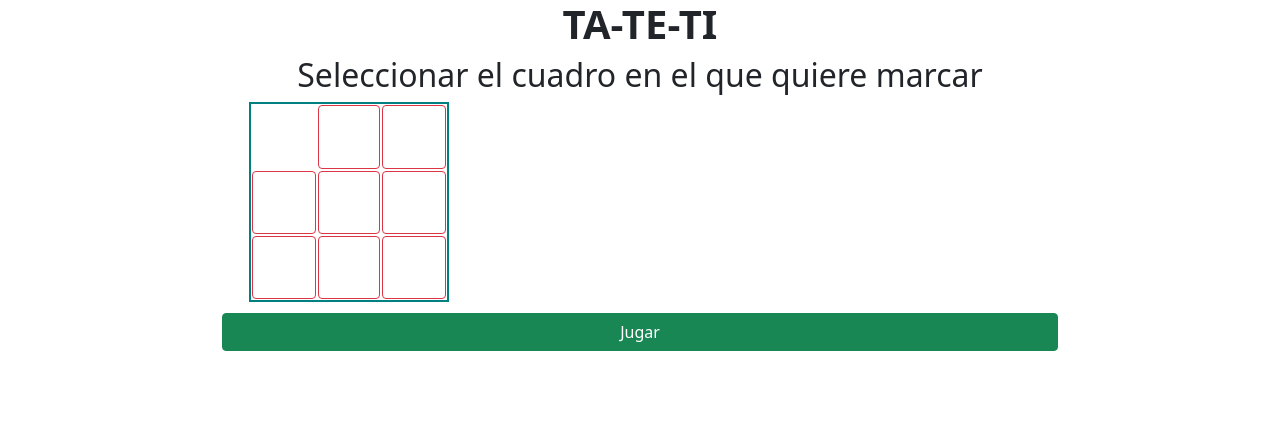
Repository: Lean97-start/TATETI
Page: Tateti.html
The author's editor kept a copy of each file at every save. The page is drawn from the files as they stood at one save, then again after a run of saves.
The browser window is 1280 px wide. The pictures show the whole page.

Above is the page before, as saved 2021-07-11 23:03:21.
Console error: SyntaxError: Unexpected token ')'

### Tateti.html
<!DOCTYPE html>
<html lang="en">
<head>
    <meta charset="UTF-8">
    <link rel="stylesheet" type="text/css" href="Tateti.css">
    <link rel="stylesheet" href="Tateti.js">
    <link rel="stylesheet" type="text/css" href="https://necolas.github.io/normalize.css/8.0.1/normalize.css">
    <title>TATETI</title>
    <link href="https://cdn.jsdelivr.net/npm/bootstrap@5.0.2/dist/css/bootstrap.min.css" rel="stylesheet" integrity="sha384-EVSTQN3/azprG1Anm3QDgpJLIm9Nao0Yz1ztcQTwFspd3yD65VohhpuuCOmLASjC" crossorigin="anonymous">
</head>
<body>
    <div class="container">
        <H1 class="fw-bold">TA-TE-TI</H1>
        <H2 class="fw-normal">Seleccionar el cuadro en el que quiere marcar</H2>

            <div class="row w-50 h-50 bg-white">
                <table class="cuadro" id="cuadro">
                    <tr>
                        <td><button class="btn btn-link w-100 h-100" id="11"></button></td>
                        <td><button class="btn btn-outline-danger w-100 h-100" id="21"></button></td>
                        <td><button class="btn btn-outline-danger w-100 h-100" id="31"></button></td>
                    </tr>
                    <tr>
                        <td><button class="btn btn-outline-danger w-100 h-100" id="12"></button></td>
                        <td><button class="btn btn-outline-danger w-100 h-100" id="22"></button></td>
                        <td><button class="btn btn-outline-danger w-100 h-100" id="32"></button></td>
                    </tr>
                    <tr>
                        <td><button class="btn btn-outline-danger w-100 h-100" id="13"></button></td>
                        <td><button class="btn btn-outline-danger w-100 h-100" id="23"></button></td>
                        <td><button class="btn btn-outline-danger w-100 h-100" id="33"></button></td>
                    </tr>
                </table>
            </div>
            <div class="row">
                <div class="btn ">
                    <button type="button" class="btn btn-success my-1 w-75" id="btn-jugar">Jugar</button>
                </div>
            </div>

        </div>
    <script src="Tateti.js"></script>
    <script src="https://cdn.jsdelivr.net/npm/bootstrap@5.0.2/dist/js/bootstrap.bundle.min.js" integrity="sha384-MrcW6ZMFYlzcLA8Nl+NtUVF0sA7MsXsP1UyJoMp4YLEuNSfAP+JcXn/tWtIaxVXM" crossorigin="anonymous"></script>
</body>
</html>

### Tateti.css
h1{
    font-size: 55px;
    text-align: center;
}
h2{
    font-size: 30px;
    text-align: center;
}
#cuadro{
    border: 2px teal solid;
    background: white;
    position: relative;
    height: 200px;
    width: 200px;
    margin: auto;
}
.entradas{
    text-align: center;
    font-family: Arial, Helvetica, sans-serif;
    font-size: 60px;
    height: 80px;
    width: 80px;
    box-sizing: border-box;

}

### Tateti.js
let var1, var2, var3,var4, var5,var6 = undefined
function mostrar(){
    let prueba = document.getElementById('v1');
    alert(prueba);
}
function jugarTurno (){
    if(){

    }
    else if (var1 != undefined || var2 != undefined || var3 != undefined ||var4 != undefined ||var5 != undefined || var6 != undefined ){

    }


}

After the next 2 saves:
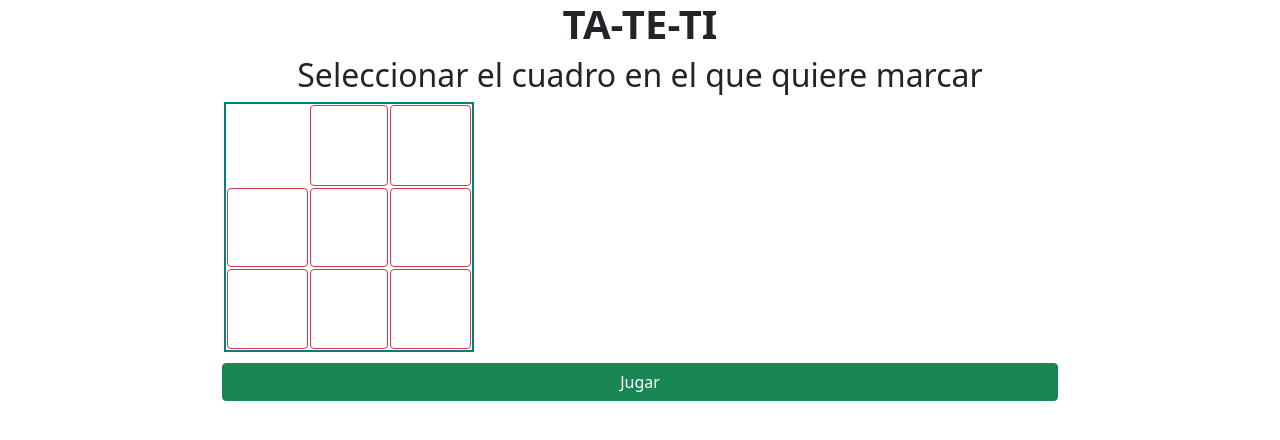
The 2 saves are shown as one change because they came seconds apart.
The last was saved 28 s later.
--- a/Tateti.css
+++ b/Tateti.css
@@ -10,8 +10,8 @@ h2{
     border: 2px teal solid;
     background: white;
     position: relative;
-    height: 200px;
-    width: 200px;
+    height: 250px;
+    width: 250px;
     margin: auto;
 }
 .entradas{
